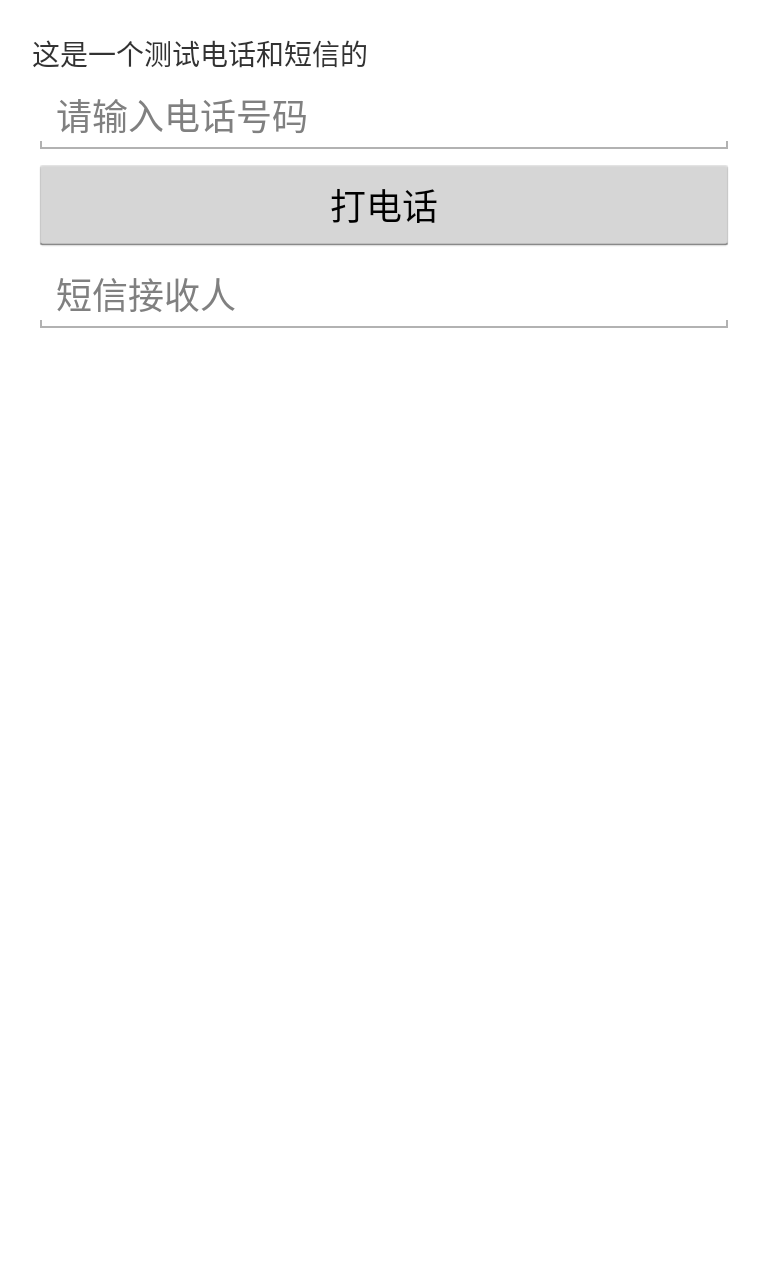
Repository: qwer2714856/Android_learn
Layout: phoneAndMessageLx/res/layout/activity_main.xml
An editor plug-in stored every save of this project. The layout is shown before and after the next save, followed by the edit.
It is drawn on a 768 x 1280 px phone screen (xhdpi) without system bars, with theme AppTheme; the app's code is not run.

Above is the layout before, as saved 2015-09-25 03:44:06.

After the next save:
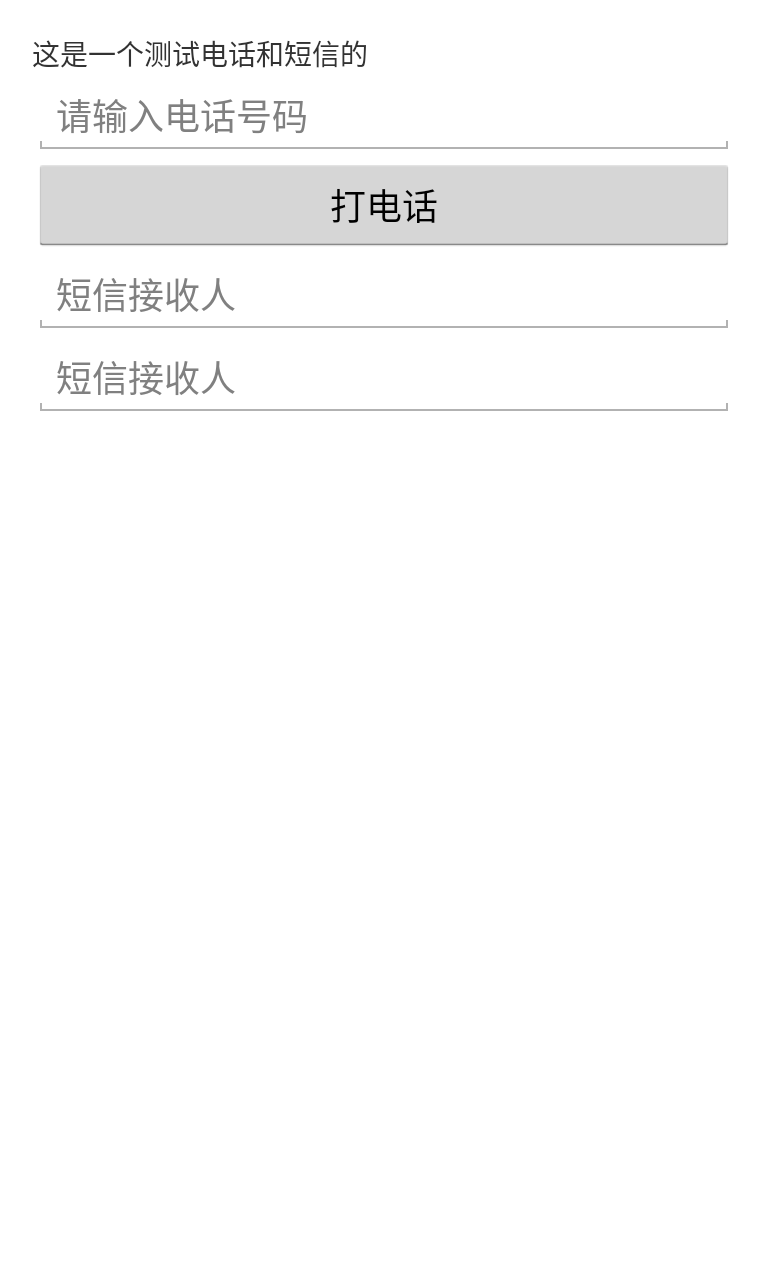
Saved 7 s later.
--- a/phoneAndMessageLx/res/layout/activity_main.xml
+++ b/phoneAndMessageLx/res/layout/activity_main.xml
@@ -34,4 +34,12 @@
         android:id="@+id/messagepeople"
         />
 
+    <EditText
+        android:layout_width="match_parent"
+        android:layout_height="wrap_content"
+        android:hint="短信接收人"
+        android:id="@+id/messagepeople"
+        />
+
+
 </LinearLayout>
